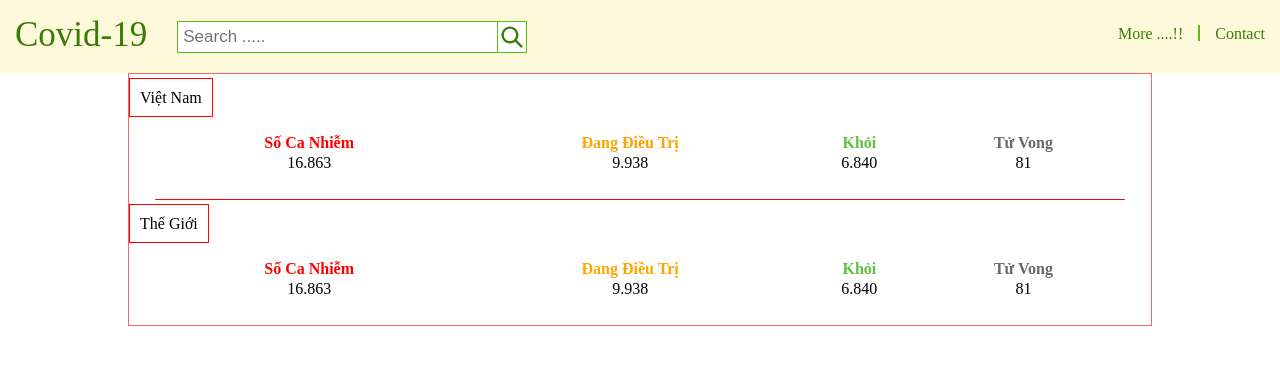
Repository: thuongton98/Covid
Page: html-css-js/index.html
The author's editor kept a copy of each file at every save. The page is drawn from the files as they stood at one save, then again after a run of saves.
The browser window is 1280 px wide. The pictures show the whole page.

Above is the page before, as saved 2021-07-01 09:59:45.

After the next 3 saves:
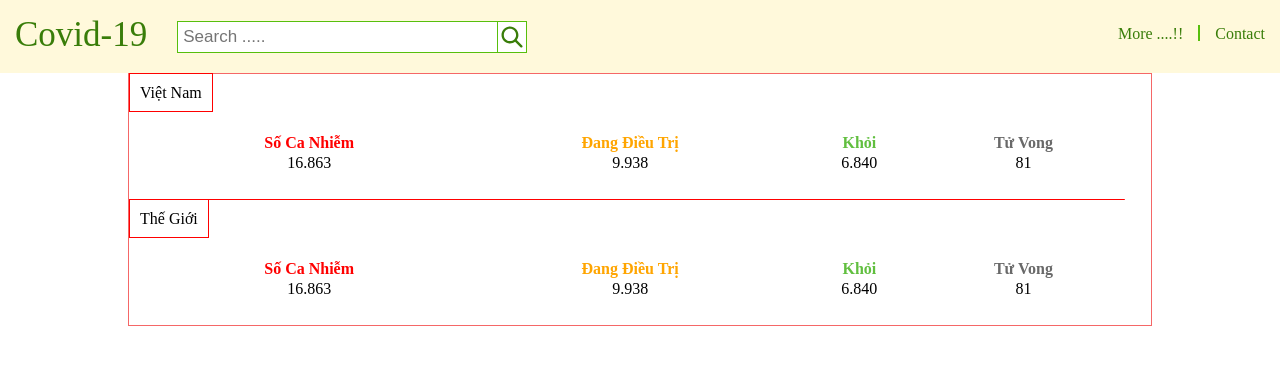
The 3 saves are shown as one change because they came seconds apart.
The last was saved 18 s later.
--- a/html-css-js/styles.css
+++ b/html-css-js/styles.css
@@ -139,5 +139,5 @@ nav .icon .icon-search svg:hover{
     border:1px solid red;
     padding:10px;
     position: relative;
-    top:15px
+    top:10px
 }
